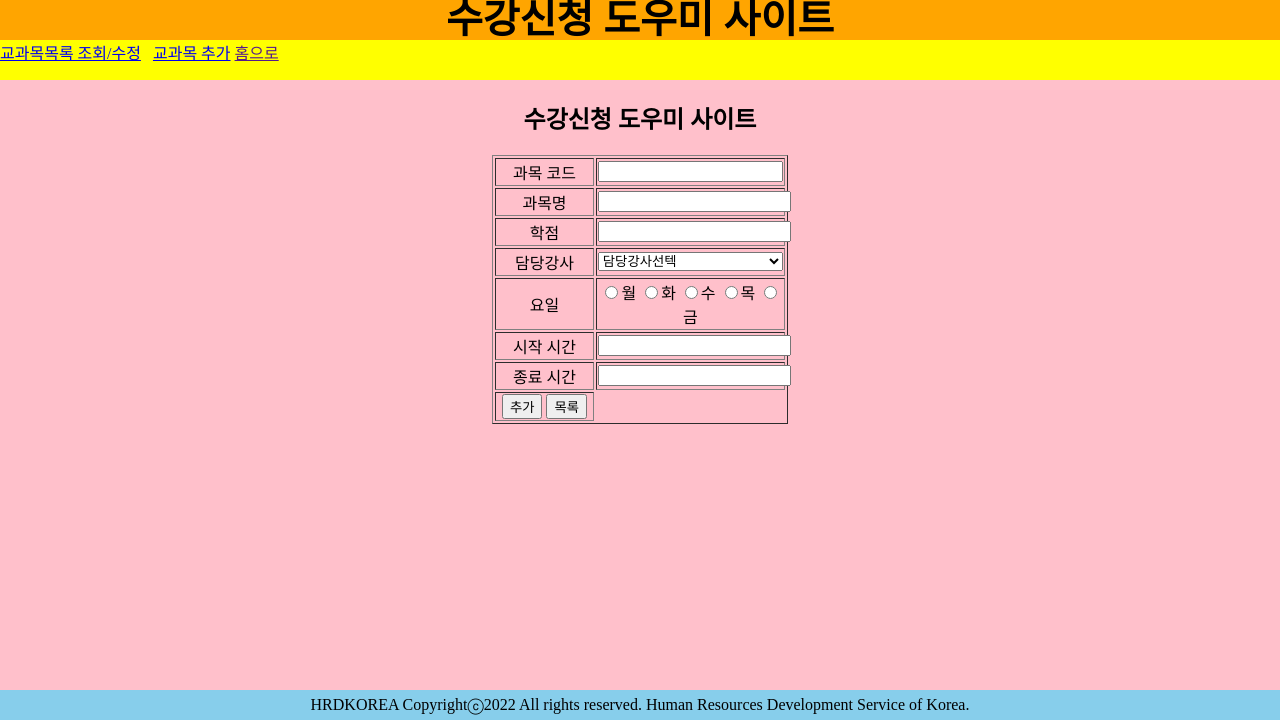
Repository: minjun223/EIP_Study
Page: http://localhost/HRD_2201/insert.jsp
An editor plug-in stored every save of this project. The page is shown before and after the next save, followed by the edit.
The browser window is 1280 px wide. The pictures show the whole page.
The page is served by Tomcat 9. Other server files are loaded and not shown.

Above is the page before, as saved 2023-02-13 22:38:56.

### 수강신청/HRD_2201/src/main/webapp/insert.jsp
<%@ page language="java" contentType="text/html; charset=UTF-8"
    pageEncoding="UTF-8"%>
<!DOCTYPE html>
<html>
<head>
<meta charset="UTF-8">
<title>Insert title here</title>
</head>
<body>
<jsp:include page="header.jsp"></jsp:include>
<section style="position:fixed; top:80px; left:0px; text-align:center; width:100%; height:100%; background-color:pink">
<h2 style="text-align:center">수강신청 도우미 사이트</h2>
	<form style="display:flex; justify-content:center; align-item:center; text-align:center">
		<table border="1">
			<tr>
				<td>과목 코드</td>
				<td><input type="text"></td>
			</tr>
			<tr>
				<td>과목명</td>
				<td><input type="text" style="width:100%;"></td>
			</tr>
			<tr>
				<td>학점</td>
				<td><input type="text" style="width:100%;"></td>
			</tr>
			<tr>
				<td>담당강사</td>
				<td>
				<select name=""style="width:100%;">
					<option value="">담당강사선텍</option>
					<option value="1">김교수</option>
					<option value="2">이교수</option>
					<option value="3">박교수</option>
					<option value="4">우교수</option>
					<option value="5">최교수</option>
					<option value="6">임교수</option>
				</select>
				</td>
			</tr>
			<tr>
				<td>요일</td>
				<td>
				<input type="radio"value="1">월
				<input type="radio"value="2">화
				<input type="radio"value="3">수
				<input type="radio"value="4">목
				<input type="radio"value="5">금
				</td>
			</tr>
			<tr>
				<td>시작 시간</td>
				<td><input type="text"style="width:100%;"></td>
			</tr>
			<tr>
				<td>종료 시간</td>
				<td><input type="text"style="width:100%;"></td>
			</tr>
			<tr>
				<td style="text-align:center;width:100%">
					<input type="button" value="추가">
					<input type="button" value="목록">
				</td>
			</tr>
		</table>
	</form>
</section>
<jsp:include page="footer.jsp"></jsp:include>
</body>
</html>

### 수강신청/HRD_2201/src/main/webapp/header.jsp
<%@ page language="java" contentType="text/html; charset=UTF-8"
    pageEncoding="UTF-8"%>
<!DOCTYPE html>
<html>
<head>
<meta charset="UTF-8">
<title>Insert title here</title>
</head>
<body>
<header style="position:fixed; top:0px; height:40px; line-height:40px; left:0px; width:100%; background-color:orange; text-align:center; font-size:40px">
<b>수강신청 도우미 사이트</b></header>
<nav style="position:fixed; top:40px; height:40px; line-heignt:40px; left:0px;width:100%; pedding-left:20px; background-color:yellow">
	<a href="insert.jsp">교과목목록 조회/수정</a>&nbsp;&nbsp;
	<a href="slist.jsp">교과목 추가</a>
	<a href="">홈으로</a>
</nav>
</body>
</html>

### 수강신청/HRD_2201/src/main/webapp/footer.jsp
<%@ page language="java" contentType="text/html; charset=UTF-8"
    pageEncoding="UTF-8"%>
<!DOCTYPE html>
<html>
<head>
<meta charset="UTF-8">
<title>Insert title here</title>
</head>
<body>
<footer style="position:fixed; bottom:0px; left:0px; width:100%; height:30px; line-height:30px; background-color:skyblue; text-align:center">
HRDKOREA Copyrightⓒ2022 All rights reserved. Human Resources Development Service of Korea.
</footer>
</body>
</html>

Loaded but not shown: 수강신청/HRD_2201/src/main/webapp/check.js (common file)

After the next save:
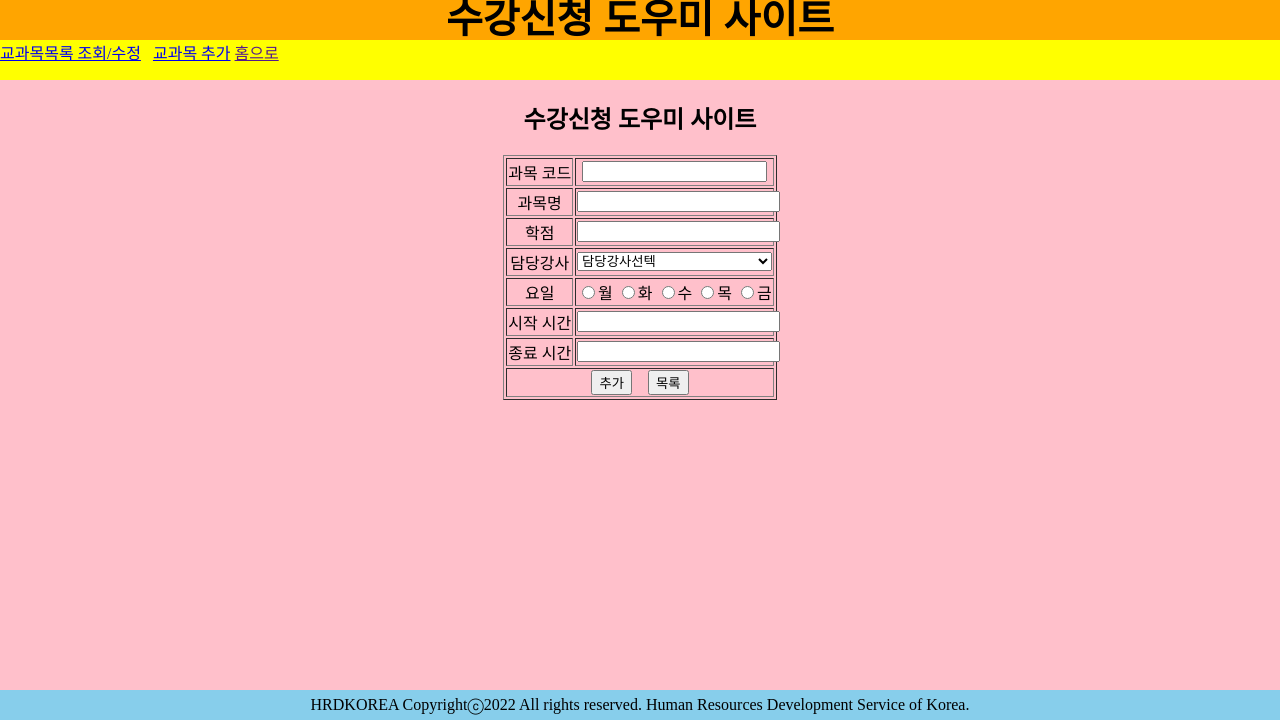
Saved 13 min 44 s later.
--- a/수강신청/HRD_2201/src/main/webapp/insert.jsp
+++ b/수강신청/HRD_2201/src/main/webapp/insert.jsp
@@ -7,10 +7,11 @@
 <title>Insert title here</title>
 </head>
 <body>
+<script type="text/javascript"src="check.js"></script>
 <jsp:include page="header.jsp"></jsp:include>
 <section style="position:fixed; top:80px; left:0px; text-align:center; width:100%; height:100%; background-color:pink">
 <h2 style="text-align:center">수강신청 도우미 사이트</h2>
-	<form style="display:flex; justify-content:center; align-item:center; text-align:center">
+	<form method="post"action="action.jsp"name="frm"style="display:flex; justify-content:center; align-item:center; text-align:center">
 		<table border="1">
 			<tr>
 				<td>과목 코드</td>
@@ -57,9 +58,9 @@
 				<td><input type="text"style="width:100%;"></td>
 			</tr>
 			<tr>
-				<td style="text-align:center;width:100%">
-					<input type="button" value="추가">
-					<input type="button" value="목록">
+				<td colspan="2">
+					<input type="button" value="추가" onclick="addcheck()">&nbsp;&nbsp;&nbsp;
+					<input type="button" value="목록" onclick="search()">
 				</td>
 			</tr>
 		</table>
